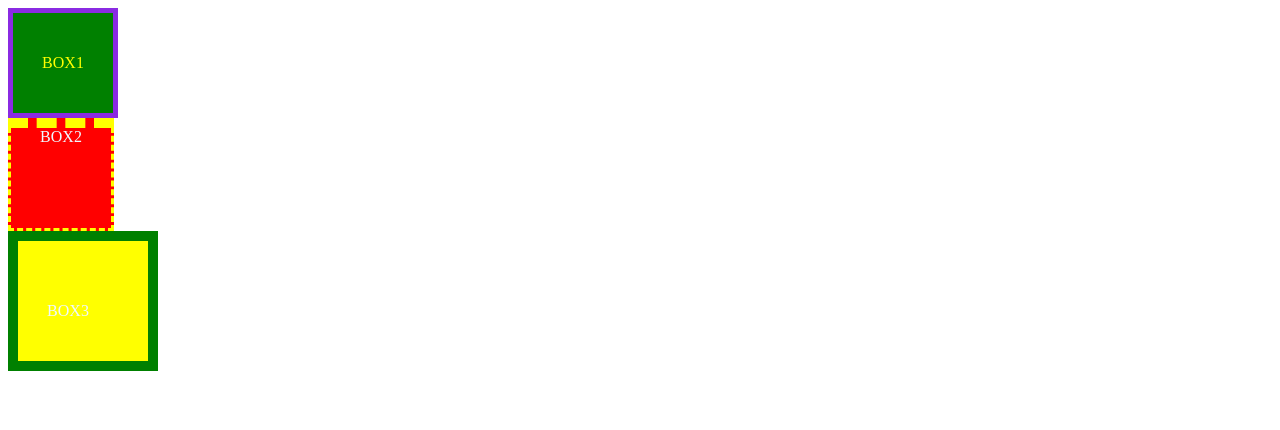
Repository: Ducspdn/WeTheBandF8
Page: html_learn_f8/padding.html
These files come from the project's save history. The page is drawn as it stood at one moment and after the next save; the edit follows.
The browser window is 1280 px wide. The pictures show the whole page.

Above is the page before, as saved 2023-01-12 20:26:09.

After the next save:
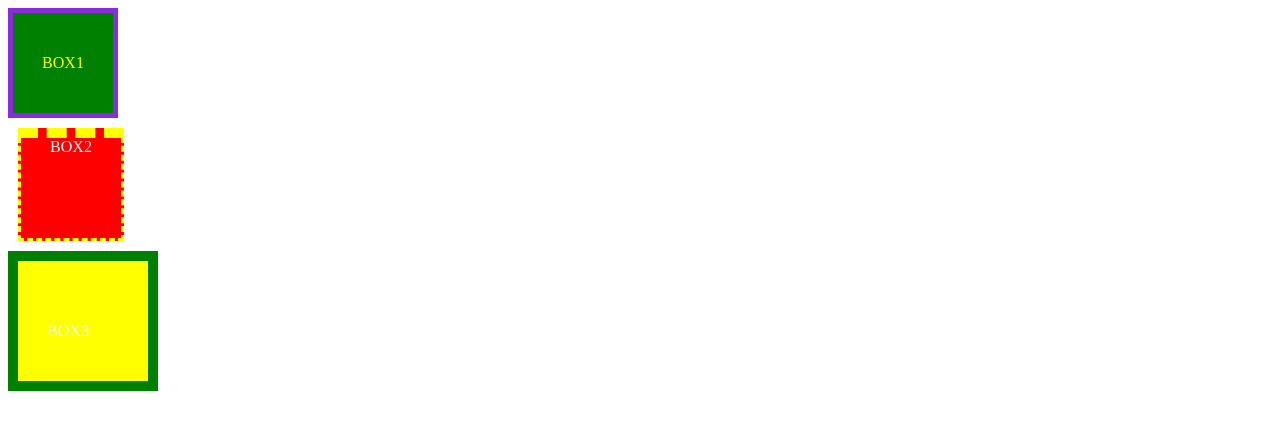
Saved 8 min 35 s later.
--- a/html_learn_f8/padding.html
+++ b/html_learn_f8/padding.html
@@ -11,6 +11,7 @@
                 display: flex;
                 align-items: center;
                 justify-content: center;
+                /* css boder : viền bao xung quanh và solid mặc định là 2px */
                 border: 5px;
                 border-color: blueviolet;
                 border-style: solid;
@@ -26,6 +27,8 @@
                 border-top : 10px ;
                 border-style: dashed;
                 border-color: yellow;
+                /* css margin : không làm tăng kich thước của element và nó dùng di chuyển element đến vị trí khác */
+                margin : 10px;
 
             }
             .box3{
@@ -36,7 +39,7 @@
                 display: flex;
                 justify-content: center;
                 align-items: center;
-                /* padding : đệm làm backgroud lớn hơn  */
+                /*  css padding : đệm làm backgroud lớn hơn  */
                 padding-top: 20px;
                 padding-right: 30px;
                 /* boder : viền bao xung quanh các eletment, boder và padding làm tăng kich thước */
